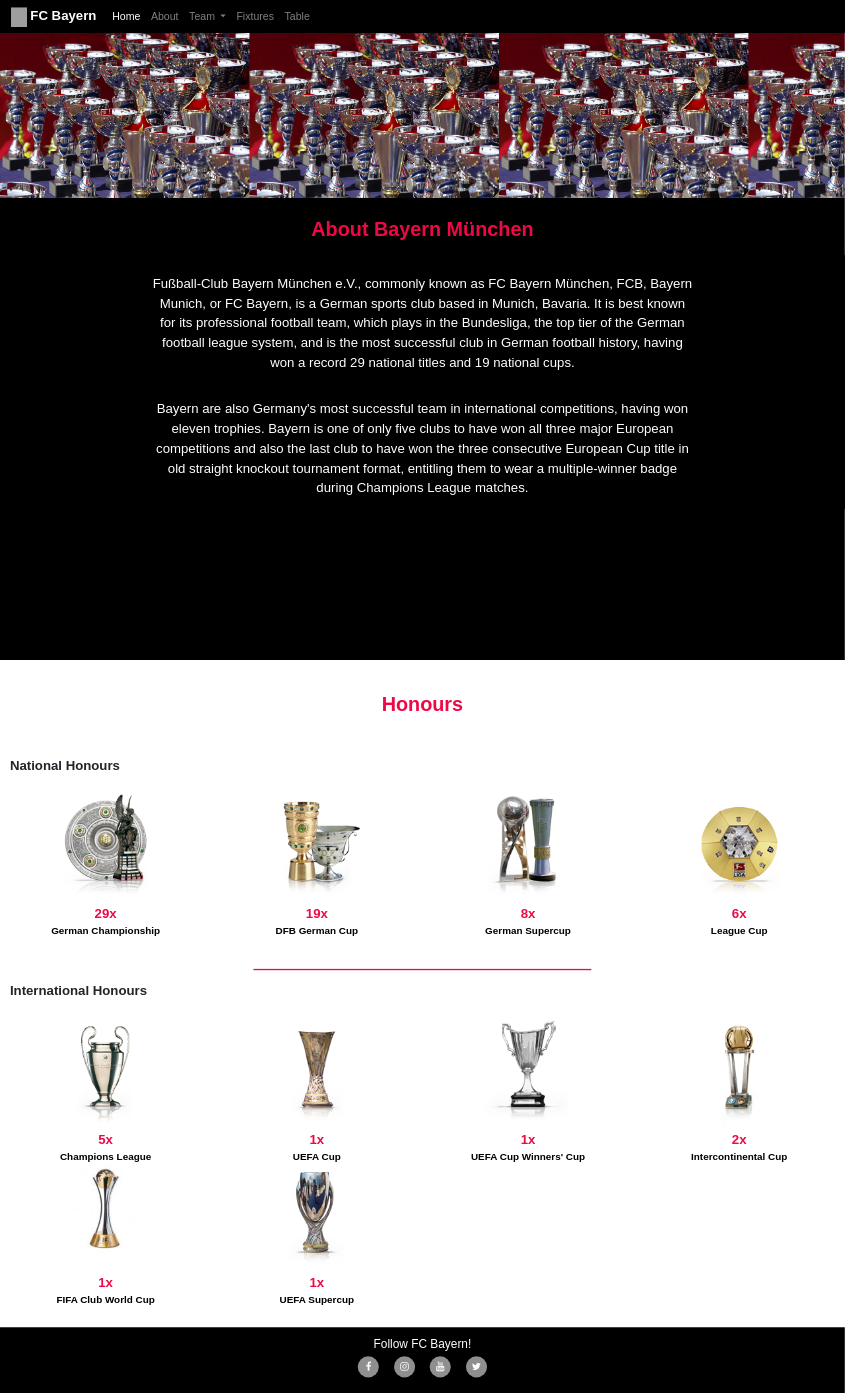
Repository: Code-Institute-Submissions/alnibo-milestone-project-1
Page: about.html
The author's editor kept a record of every edit. The page is drawn from the files as they stood at one moment, then again after the next edit.
The browser window is 1280 px wide. The pictures show the whole page, at 66% of full size.
Pictures or frames that could not be fetched are drawn as grey boxes. Backgrounds fixed to the window are drawn as part of the page. Some web fonts or font styles are not loaded; a fallback is used.

Above is the page before.

### about.html
<!DOCTYPE html>
<html lang="en">

<head>
    <meta charset="UTF-8">
    <meta name="viewport" content="width=device-width, initial-scale=1.0">
    <link rel="stylesheet" href="https://stackpath.bootstrapcdn.com/bootstrap/4.3.1/css/bootstrap.min.css" type="text/css" />
    <link rel="stylesheet" href="https://stackpath.bootstrapcdn.com/font-awesome/4.7.0/css/font-awesome.min.css" type="text/css" />
    <link rel="stylesheet" href="assets/css/style.css">
    <title>FC Bayern</title>
</head>

<body>

    <!---------------------------------------------------- Navbar -->
    <nav class="navbar navbar-expand-sm navbar-dark fixed-top">
            <a class="navbar-brand" href="index.html">
            <img src="https://upload.wikimedia.org/wikipedia/commons/thumb/1/1f/Logo_FC_Bayern_München_%282002–2017%29.svg/1024px-Logo_FC_Bayern_München_%282002–2017%29.svg.png" width="30" height="30" class="d-inline-block" class="d-inline-block align-center">FC Bayern
        </a>
            <button class="navbar-toggler" type="button" data-toggle="collapse" data-target="#navbarNavDropdown" aria-controls="navbarNavDropdown" aria-expanded="false" aria-label="Toggle navigation">
            <span class="navbar-toggler-icon"></span>
        </button>

            <div class="collapse navbar-collapse" id="navbarNavDropdown">
                <ul class="navbar-nav">
                    <li class="nav-item active">
                        <a class="nav-link" href="index.html">Home <span class="sr-only">(current)</span></a>
                    </li>
                    <li class="nav-item">
                        <a class="nav-link" href="about.html">About</a>
                    </li>
                    <li class="nav-item dropdown">
                        <a class="nav-link dropdown-toggle" href=#" id="navbarDropdownMenuLink" data-toggle="dropdown" aria-haspopup="true" aria-expanded="false">Team
                    </a>
                    <div class="dropdown-menu" aria-labelledby="navbarDropdownMenuLink">
                        <a class="dropdown-item" href="team.html">All</a>
                        <a class="dropdown-item" href="team.html#goalkeepers">Goalkeepers</a>
                        <a class="dropdown-item" href="team.html#defenders">Defenders</a>
                        <a class="dropdown-item" href="team.html#midfielders">Midfielders</a>
                        <a class="dropdown-item" href="team.html#forwards">Forwards</a>
                        <a class="dropdown-item" href="team.html#coaches">Coaches</a>
                    </div>
                </li>
                <li class="nav-item">
                    <a class="nav-link" href="fixtures.html">Fixtures</a>
                </li>
                <li class="nav-item ">
                    <a class="nav-link" href="table.html">Table</a>
                </li>
            </ul>
        </div>
    </nav>


    <!---------------------------------------------------- Content -->

    <div class="container-fluid">
        <div class="row top-pic-trophies">
        </div>
    </div>

    <div class="container-fluid about-container">

        <div class="container-fluid">
            <h2 class="about1">About Bayern München</h2>
            <p class="about-text">Fußball-Club Bayern München e.V., commonly known as FC Bayern München, FCB, Bayern Munich, or FC Bayern, is a German sports club based in Munich, Bavaria. It is best known for its professional football team, which plays in the Bundesliga,
                the top tier of the German football league system, and is the most successful club in German football history, having won a record 29 national titles and 19 national cups.</p>
            <br>
            <p class="about-text">Bayern are also Germany's most successful team in international competitions, having won eleven trophies. Bayern is one of only five clubs to have won all three major European competitions and also the last club to have won the three consecutive
                European Cup title in old straight knockout tournament format, entitling them to wear a multiple-winner badge during Champions League matches.</p>
        </div>
    </div>

<!---------------------------------------------------- Honours -->

    <h2 class="section-header titels-head-big col-12">Honours</h2>

    <div class="honours-head col-12">
        National Honours
    </div>

    <div class="container-fluid container-honours">
        <div class="row">
            <div class="col-12 col-sm-6 col-md-4 col-lg-3 honour-item">
                <div class="row">
                    <div class="col-12 pic-cup">
                        <img src="assets/images/dfl_pokale.png" alt="picture of German cup">
                    </div>
                </div>
                <div class="row">
                    <div class="col-12 number-cup">29x</div>
                </div>
                <div class="row">
                    <div class="col-12 name-cup">German Championship</div>
                </div>
            </div>

            <div class="col-12 col-sm-6 col-md-4 col-lg-3 honour-item">
                <div class="row">
                    <div class="col-12 pic-cup">
                        <img src="assets/images/dfb_pokale.png" alt="picture of German cup">
                    </div>
                </div>
                <div class="row">
                    <div class="col-12 number-cup">19x</div>
                </div>
                <div class="row">
                    <div class="col-12 name-cup">DFB German Cup</div>
                </div>
            </div>

            <div class="col-12 col-sm-6 col-md-4 col-lg-3 honour-item">
                <div class="row">
                    <div class="col-12 pic-cup">
                        <img src="assets/images/supercup.png" alt="picture of German cup">
                    </div>
                </div>
                <div class="row">
                    <div class="col-12 number-cup">8x</div>
                </div>
                <div class="row">
                    <div class="col-12 name-cup">German Supercup</div>
                </div>
            </div>

            <div class="col-12 col-sm-6 col-md-4 col-lg-3 honour-item">
                <div class="row">
                    <div class="col-12 pic-cup">
                        <img src="assets/images/liga_pokal.png" alt="picture of German cup">
                    </div>
                </div>
                <div class="row">
                    <div class="col-12 number-cup">6x</div>
                </div>
                <div class="row">
                    <div class="col-12 name-cup">League Cup</div>
                </div>
            </div>

        </div>
    </div>

    <hr class="block-divider-honours">

    <div class="honours-head col-12">
        International Honours
    </div>

    <div class="container-fluid container-honours">
        <div class="row">
            <div class="col-12 col-sm-6 col-md-4 col-lg-3 honour-item">
                <div class="row">
                    <div class="col-12 pic-cup">
                        <img src="assets/images/cl_pokale.png" alt="picture of German cup">
                    </div>
                </div>
                <div class="row">
                    <div class="col-12 number-cup">5x</div>
                </div>
                <div class="row">
                    <div class="col-12 name-cup">Champions League</div>
                </div>
            </div>

            <div class="col-12 col-sm-6 col-md-4 col-lg-3 honour-item">
                <div class="row">
                    <div class="col-12 pic-cup">
                        <img src="assets/images/uefa_cup.png" alt="picture of German cup">
                    </div>
                </div>
                <div class="row">
                    <div class="col-12 number-cup">1x</div>
                </div>
                <div class="row">
                    <div class="col-12 name-cup">UEFA Cup</div>
                </div>
            </div>

            <div class="col-12 col-sm-6 col-md-4 col-lg-3 honour-item">
                <div class="row">
                    <div class="col-12 pic-cup">
                        <img src="assets/images/ec_pokalsieger.png" alt="picture of German cup">
                    </div>
                </div>
                <div class="row">
                    <div class="col-12 number-cup">1x</div>
                </div>
                <div class="row">
                    <div class="col-12 name-cup">UEFA Cup Winners' Cup</div>
                </div>
            </div>

            <div class="col-12 col-sm-6 col-md-4 col-lg-3 honour-item">
                <div class="row">
                    <div class="col-12 pic-cup">
                        <img src="assets/images/weltpokal.png" alt="picture of German cup">
                    </div>
                </div>
                <div class="row">
                    <div class="col-12 number-cup">2x</div>
                </div>
                <div class="row">
                    <div class="col-12 name-cup">Intercontinental Cup</div>
                </div>
            </div>

            <div class="col-12 col-sm-6 col-md-4 col-lg-3 honour-item">
                <div class="row">
                    <div class="col-12 pic-cup">
                        <img src="assets/images/klubweltmeisterschaft.jpg" alt="picture of German cup">
                    </div>
                </div>
                <div class="row">
                    <div class="col-12 number-cup">1x</div>
                </div>
                <div class="row">
                    <div class="col-12 name-cup">FIFA Club World Cup</div>
                </div>
            </div>

            <div class="col-12 col-sm-6 col-md-4 col-lg-3 honour-item">
                <div class="row">
                    <div class="col-12 pic-cup">
                        <img src="assets/images/eu_supercup.png" alt="picture of German cup">
                    </div>
                </div>
                <div class="row">
                    <div class="col-12 number-cup">1x</div>
                </div>
                <div class="row">
                    <div class="col-12 name-cup">UEFA Supercup</div>
                </div>
            </div>
        </div>
    </div>

    <!---------------------------------------------------- Footer -->

    <footer class="container-fluid">
        <div class="footer-details row">
            <div class="col-sm-12">
                <h5 class="social">Follow FC Bayern!</h5>
                <ul class="list-inline social-links">
                    <li class="list-inline-item">
                        <a target="_blank" href="https://www.facebook.com/fcbayern.en/">
                            <i class="fa fa-facebook" aria-hidden="true"></i>
                            <span class="sr-only">Facebook</span>
                        </a>
                    </li>
                    <li class="list-inline-item">
                        <a target="_blank" href="https://www.instagram.com/fcbayern/?hl">
                            <i class="fa fa-instagram" aria-hidden="true"></i>
                            <span class="sr-only">Instagram</span>
                        </a>
                    </li>
                    <li class="list-inline-item">
                        <a target="_blank" href="https://www.youtube.com/user/fcbayern">
                            <i class="fa fa-youtube" aria-hidden="true"></i>
                            <span class="sr-only">YouTube</span>
                        </a>
                    </li>
                    <li class="list-inline-item">
                        <a target="_blank" href="https://twitter.com/FCBayern">
                            <i class="fa fa-twitter" aria-hidden="true"></i>
                            <span class="sr-only">Twitter</span>
                        </a>
                    </li>
                </ul>
            </div>
        </div>
    </footer>

    <script src="https://code.jquery.com/jquery-3.3.1.slim.min.js" integrity="sha384-q8i/X+965DzO0rT7abK41JStQIAqVgRVzpbzo5smXKp4YfRvH+8abtTE1Pi6jizo" crossorigin="anonymous"></script>
    <script src="https://stackpath.bootstrapcdn.com/bootstrap/4.1.3/js/bootstrap.min.js" integrity="sha384-ChfqqxuZUCnJSK3+MXmPNIyE6ZbWh2IMqE241rYiqJxyMiZ6OW/JmZQ5stwEULTy" crossorigin="anonymous"></script>
</body>

</html>

### assets/css/style.css
@import url('https://fonts.googleapis.com/css?family=Antic+Didone&display=swap:100,200,300,400,500,600,700');

body {
    font-family: 'Antic Didone', sans-serif;
    min-width: 300px;
    padding-top: 50px;
}

/* ---------------------------------------------------- Header */

.navbar {
    margin-bottom: 0;
    width: 100%;
    height: 50px;
    background-color: black;
    border: 0;
}

.navbar .navbar-brand {
    font-weight: 700;
}

.navbar-brand img {
    padding-right: 5px;
}

.navbar .navbar-toggler {
    border: 0;
}


/* ---------------------------------------------------- Footer */

footer {
    text-align: center;
    background-color: black;
    color: white;
    height: 100px;
    min-width: 300px;
    margin: 0;
}

.social {
    font-family: "Antic Didone", sans-serif;
    font-size: 18px;
    font-weight: 500;
}

.social-links li {
    padding: 0 5px;
}

.social-links li a i {
    width: 32px;
    height: 32px;
    padding: 12px 0;
    border-radius: 50%;
    font-size: 15px;
    line-height: 7px;
    text-align: center;
    color: #fafafa;
    background: #8f8f8f;
    transition: all 0.35s ease-in-out;
    -moz-transition: all 0.35s ease-in-out;
    -webkit-transition: all 0.35s ease-in-out;
    -o-transition: all 0.35s ease-in-out;
}

.social-links li a i:hover {
    background: #ee0946;
}

.footer-details {
    padding-top: 15px;
}

/* ---------------------------------------------------- Home */

.intro1 {
    font-family: "Antic Didone", sans-serif;
    font-weight: 700;
    text-align: center;
    color: #ee0946;
    padding-top: 200px;
    padding-bottom: 30px;
}

.intro2 {
    font-family: "Antic Didone", sans-serif;
    text-align: center;
    color: #ee0946;
    padding-bottom: 100px;
}

.intro3 {
    text-align: center;
    padding-top: 50px;
    height: 30vw;
}

.intro-container {
    height: 100vh;
    min-height: 900px;
    background-image: url('../images/arena-outside.jpg');
    background-attachment: fixed;
    background-position: center;
    background-repeat: no-repeat;
    background-size: cover;

    position: relative;
}


/* ---------------------------------------------------- About */

.top-pic-trophies {
    height: 130px;
    background-image: url('../images/trophies.jpg');
    background-attachment: fixed;
    background-size: contain;
}

.about-container {
    background-color: rgba(0,0,0,1);
    padding-bottom: 20px;
/*    background-image: url('../images/grasscutter.jpg');
    background-attachment: fixed;
    background-position: right;
    background-repeat: no-repeat;
    background-size: cover;*/
}

.about1 {
    font-family: "Antic Didone", sans-serif;
    font-size:30px;
    font-weight: 700;
    text-align: center;
    color: #ee0946;
    padding-top: 30px;
    padding-bottom: 40px;
}

.about-text {
    font-family: "Antic Didone", sans-serif;
    font-size:20px;
    font-weight: 500;
    color: white;
    text-align: center;
}

.titels {
    background-image: url('../images/grass0.jpg');
    background-attachment: fixed;
    background-position: center;
    background-repeat: no-repeat;
    background-size: cover;
    min-height: 800px;
}

.titels-head {
    background-color: rgba(0,0,0,0.3);
    margin: 0;
}

.section-header {
    font-family: "Antic Didone", sans-serif;
    font-size: 30px;
    font-weight: 700;
    text-align: center;
    color: #ee0946;
    padding-top: 50px;
    padding-bottom: 50px;
}

.domestic {
    background-color: rgba(0,0,0,0.3);
}

.left-container {
    line-height: 50px;
    height: 50px;
}

.sub-section-header{
    font-size:20px;
    font-weight: 700;
    text-align: center;
    color: #ee0946;
}

.right-container {
    font-size:20px;
    font-weight: 500;
    color: white;
    text-align: center;
    padding: 20px;
}

.honours-head {
    font-size: 20px;
    font-weight: 700;
}

.container-honours {
    padding-top: 30px;
    padding-bottom: 30px;
}

.cups {
    padding: 5px;
}

.pic-cup {
    text-align: center;
}

.number-cup {
    font-size: 20px;
    font-weight: 700;
    text-align: center;
    color: #ee0946;
}

.name-cup {
    font-size: 15px;
    font-weight: 700;
    text-align: center;
    color: black;
}

.block-divider-honours {
    width: 40%;
    height: 2px;
    border: 0;
    background-color: #ee0946;
}

/* ---------------------------------------------------- Team */

.top-pic {
    width: 100%;
    margin-bottom: 20px;
    height: auto;
    padding: 0;
}

.btn--team {
    font-weight: 700;
    border-radius: 5px;
    margin-top: 2px;
    margin-right: 4px;
}

.selecter-btn {
    padding-left: 16px;
}

.field-position {
    padding-top: 60px;
    padding-bottom: 30px;
}

.player-pic {
    width:240px;
    height: 320px;
    overflow: hidden;
    position: relative;
    text-align: center;
    color: white;
    padding: 10px 0;
}

.shirt-number {
    position: absolute;
    top: 8px;
    left: 70px;
    color: black;
    background-color: rgba(0,0,0,0.15);
    font-size: 20px;
    border: 0.125rem solid black;
    width: 34px;
    height: 34px;
    border-radius: 50%;
}

.text-centered1 {
    display: none;
    position: absolute;
    top: 50%;
    left: 50%;
    transform: translate(-50%,-50%);
    background-color: rgba(0,0,0,0.7);
    padding: 0 5px;
    font-size: 17px;
}

.text-centered2 {
    display: none;
    position: absolute;
    top: 50%;
    left: 50%;
    transform: translate(-50%,+140%);
    background-color: rgba(0,0,0,0.7);
    padding: 0 5px;
    font-size: 13px;
}

.player-pic:hover img {
    opacity: 0.6;
}

.player-pic:hover .text-centered1 {
    display: block;
}

.player-pic:hover .text-centered2 {
    display: block;
}

.block-divider {
    width: 100%;
    height: 2px;
    border: 0;
    background-color: #ee0946;
    margin-top: 60px;
    margin-bottom: -20px;
}

.spaceholder {
    padding-bottom: 200px;
}

/* ---------------------------------------------------- Fixtures */

.fixtures {
    padding-top: 20px;
    padding-left: 30px;
    padding-bottom: 30px;
}

.btn--fixtures {
    font-weight: 700;
    border-radius: 5px;
    margin-top: 2px;
}

.next-match-container-mobile {
    height: 150px;
    background-color: #f4f4f4;
    border-style: solid;
    border-width: .5px;
    border-color: #c0c9d4;
    text-align: center;
}

.next-match-container-desktop {
    height: 150px;
    max-width: 400px;
    background-color: #f4f4f4;
    border-style: solid;
    border-width: .5px;
    border-color: #c0c9d4;
    text-align: center;
}

.next-match-head {
    color: #ee0946;
    font-weight: 700;
    font-size: 20px;
    text-align: center;
}

.tournament {
    font-weight: 700;
}

.next-match-score {
    background-color: white;
    height: 25px;
    border-style: solid;
    border-width: .3px;
    border-radius: 5px;
    border-color: #c0c9d4;
    margin-top: 10px;
}

.bundesliga-table {
    margin: 0;
    padding: 0 !important;
}

.table-entry {
    padding-top: 10px !important;
}

.home-column {
    text-align: center;
}

.away-column {
    text-align: center;
}

.match-score-odd {
    background-color: white;
    height: 25px;
    width: 35px;
    border-style: solid;
    border-width: .3px;
    border-radius: 5px;
    border-color: #c0c9d4;
    text-align: center;
    margin-top: 15px;
}

.match-score-even {
    background-color: white;
    height: 25px;
    width: 35px;
    border-style: solid;
    border-width: .3px;
    border-radius: 5px;
    border-color: #c0c9d4;
    text-align: center;
    margin-top: 15px;
}

/* ---------------------------------------------------- Table */

.current-table {
    padding-top: 20px;
    padding-bottom: 30px;
}

.current-table h2 {
    padding-bottom: 5px;
}

.bundesliga-table {
    margin-top: 30px;
}

/* ---------------------------------------------------- Media Queries */

@media (max-width:553px) {
    .box-desktop {
        display: none;
    }
    .table-desktop {
        display: none;
    }
}

@media (min-width:554px) {
    .about-container {
        height: 850px;
    }
    .box-mobile {
        display: none;
    }
    .table-mobile {
        display: none;
    }
    .top-pic-trophies {
        height: 250px;
        background-image: url('../images/trophies.jpg');
        background-attachment: fixed;
        background-size: contain;
    }
}

@media (max-width:575px) {
    .navbar .navbar-nav {
            background-color: black;
            padding-left: 31px;
        }
}

@media (min-width:760px) {
    .about-container {
        height: 700px;
    }

    .about-text {
        padding: 0px 50px;
    }
}

@media (min-width:768px) {
    .left-container {
        line-height: 200px;
        height: 200px;
    }
}

@media (min-width:991px) {
    .about-text {
        padding: 0px 100px;
    }
}

@media (min-width:1030px) {
    .about-text {
        padding: 0px 200px;
    }
}

After the next edit:
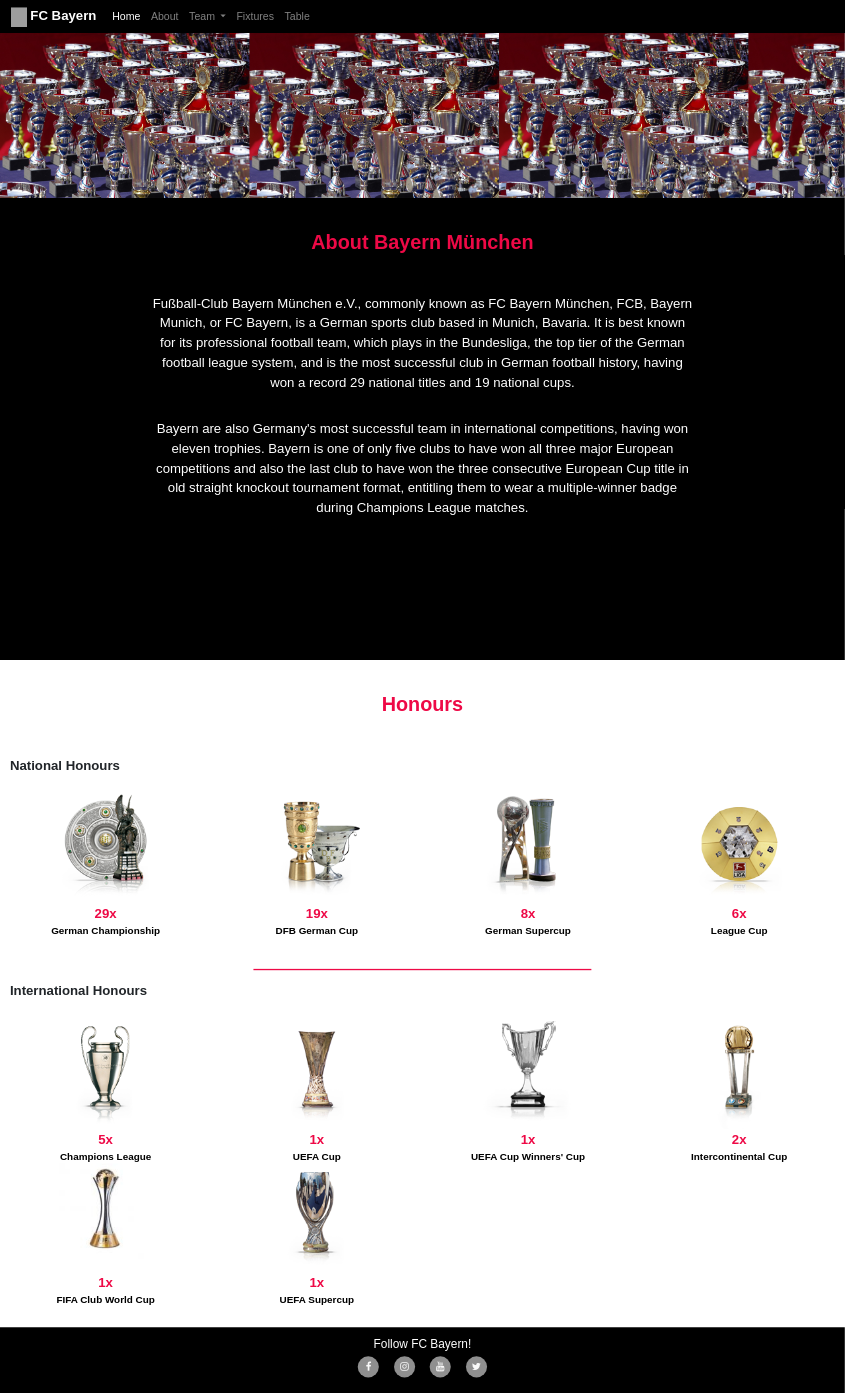
The edit:
--- a/about.html
+++ b/about.html
@@ -62,7 +62,7 @@
     <div class="container-fluid about-container">
 
         <div class="container-fluid">
-            <h2 class="about1">About Bayern München</h2>
+            <h2 class="section-header">About Bayern München</h2>
             <p class="about-text">Fußball-Club Bayern München e.V., commonly known as FC Bayern München, FCB, Bayern Munich, or FC Bayern, is a German sports club based in Munich, Bavaria. It is best known for its professional football team, which plays in the Bundesliga,
                 the top tier of the German football league system, and is the most successful club in German football history, having won a record 29 national titles and 19 national cups.</p>
             <br>
